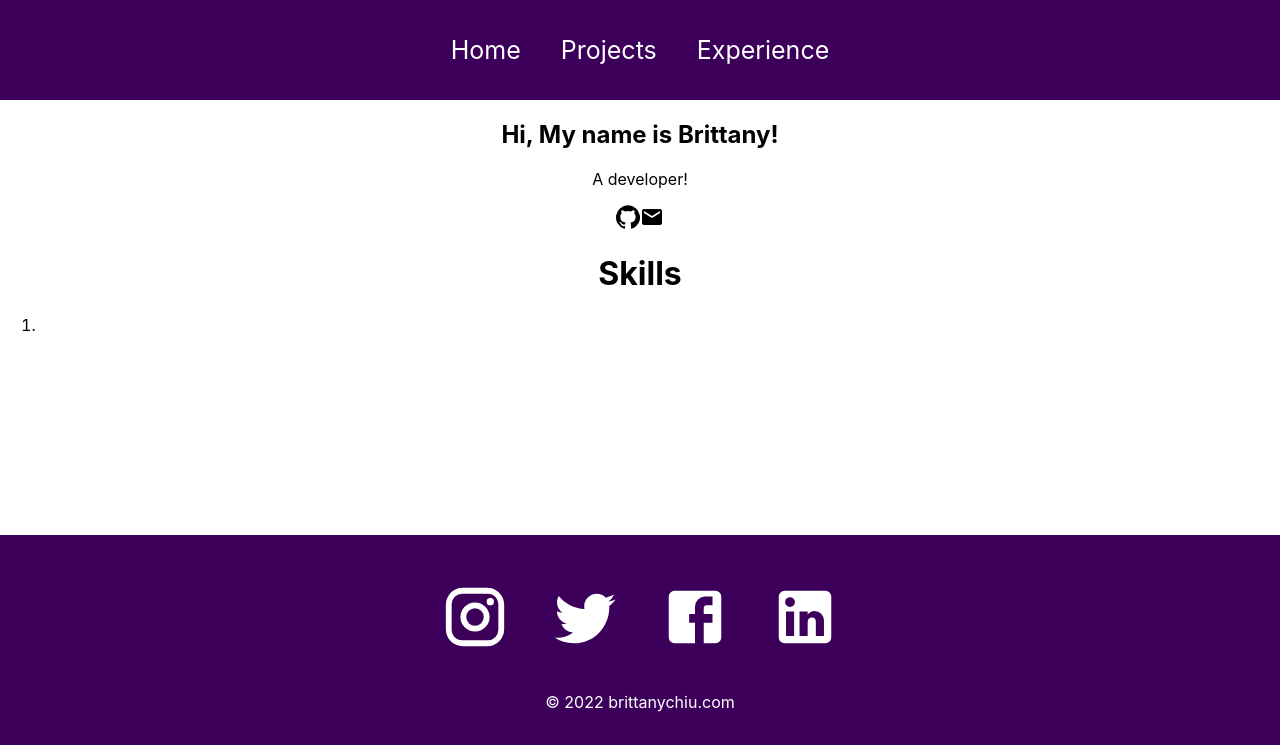
Repository: chiubacca94/chiufolio
Page: /
These files come from the project's save history. The page is drawn as it stood at one moment and after the next save; the edit follows.
The browser window is 1280 px wide. The pictures show the whole page.
The project was rebuilt for these pictures with package versions that can differ from the ones it lists, and the page was loaded fresh each time. Also part of the build but not shown: src/components/Projects/Projects.js, src/components/Experiences/Experiences.js.

Above is the page before, as saved 2022-07-03 23:07:22.

After the next save:
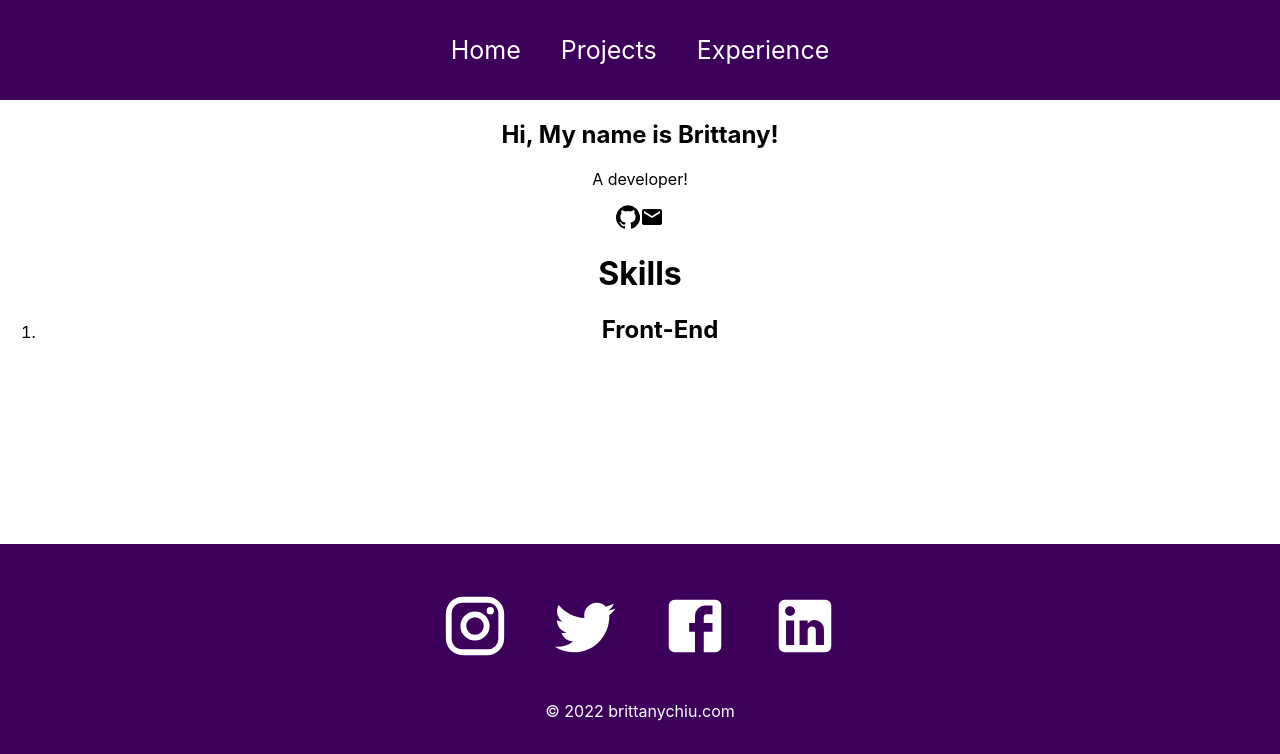
Saved 21 s later.
--- a/src/components/Home/Home.js
+++ b/src/components/Home/Home.js
@@ -14,7 +14,9 @@ export default function Home() {
         <div className='skills'>
             <h1>Skills</h1>
             <ol className='list'>
-                <li className='item'></li>
+                <li className='item'>
+                    <h2>Front-End</h2>
+                </li>
             </ol>
         </div>
     </div>
